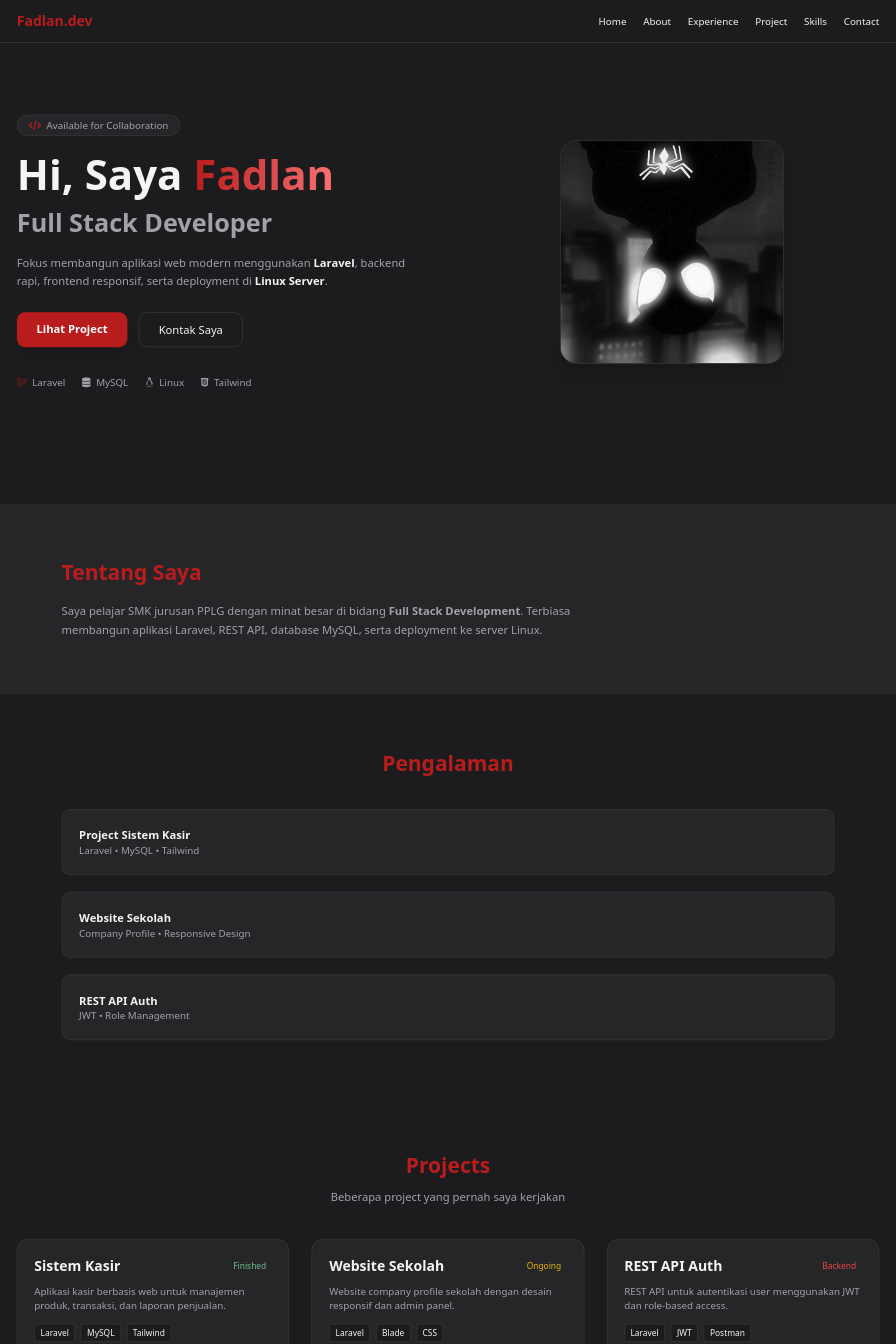
Repository: Fadlan079/Personal-Portfolio
Page: http://localhost/
The author's editor kept a copy of each file at every save. The page is drawn from the files as they stood at one save, then again after the next save.
The browser window is 1280 px wide. The pictures show the part of the page from y = 0 to 1920 px (the page is 3740 px tall), at 70% of full size.
Some web libraries are served in a nearby version. The page is served by the project's Laravel application, run on PHP 8.4 with Laravel 12. Other server files are loaded and not shown.

Above is the page before, as saved 2026-01-14 14:41:24.

### routes/web.php
<?php

use Illuminate\Support\Facades\Route;

// Route::get('/', function () {
//     return view('welcome');
// });

Route::get('/', function () {
    return view('portofolio');
});

Route::get('/project', function () {
    return view('project');
});

### resources/views/portofolio.blade.php
<!DOCTYPE html>
<html lang="id">
<head>
  <meta charset="UTF-8" />
  <meta name="viewport" content="width=device-width, initial-scale=1.0" />
  <title>Portfolio | Fadlan</title>

  <!-- Tailwind -->
  <script src="https://cdn.tailwindcss.com"></script>

  <!-- Font Awesome -->
  <link rel="stylesheet" href="https://cdnjs.cloudflare.com/ajax/libs/font-awesome/6.5.1/css/all.min.css"/>

  <script>
    tailwind.config = {
      theme: {
        extend: {
          colors: {
            bg: 'var(--color-bg)',
            surface: 'var(--color-surface)',
            border: 'var(--color-border)',
            text: 'var(--color-text)',
            muted: 'var(--color-muted)',
            primary: 'var(--color-primary)',
            success: 'var(--color-success)',
            danger: 'var(--color-danger)',
            warning: 'var(--color-warning)',
          }
        }
      }
    }
  </script>

  <style>
    :root {
      --color-bg: #1c1c1e;
      --color-surface: #262629;
      --color-border: #3a3a3d;
      --color-text: #f4f4f5;
      --color-muted: #a1a1aa;
      --color-primary: #b91c1c;
      --color-success: #6fbf8f;
      --color-danger:  #ef4444;
      --color-warning: #eab308;
    }

    html {
      scroll-behavior: smooth;
    }
  </style>
</head>

<body class="bg-bg text-text">

<!-- Navbar -->
<nav class="fixed w-full bg-bg/80 backdrop-blur border-b border-border z-50">
  <div class="max-w-7xl mx-auto px-6 py-4 flex justify-between items-center">
    <h1 class="text-xl font-bold text-primary">Fadlan.dev</h1>
    <ul class="flex gap-6 text-sm">
      <li class="relative group">
        <a href="#home">Home</a>
        <span class="absolute left-0 -bottom-1 h-[2px] w-0 bg-primary transition-all group-hover:w-full"></span>
      </li>
      <li class="relative group">
        <a href="#about">About</a>
        <span class="absolute left-0 -bottom-1 h-[2px] w-0 bg-primary transition-all group-hover:w-full"></span>
      </li>
      <li class="relative group">
        <a href="#experience">Experience</a>
        <span class="absolute left-0 -bottom-1 h-[2px] w-0 bg-primary transition-all group-hover:w-full"></span>
      </li>
        <li class="relative group">
        <a href="#projects">Project</a>
        <span class="absolute left-0 -bottom-1 h-[2px] w-0 bg-primary transition-all group-hover:w-full"></span>
      </li>
      <li class="relative group">
        <a href="#skills">Skills</a>
        <span class="absolute left-0 -bottom-1 h-[2px] w-0 bg-primary transition-all group-hover:w-full"></span>
      </li>
      <li class="relative group">
        <a href="#contact">Contact</a>
        <span class="absolute left-0 -bottom-1 h-[2px] w-0 bg-primary transition-all group-hover:w-full"></span>
      </li>
    </ul>
  </div>
</nav>

<!-- Hero -->
<section
  id="home"
  class="relative min-h-screen flex items-center px-6 overflow-hidden"
>
<!-- Glow Background -->
<div class="absolute inset-0 -z-10 overflow-hidden">
  <!-- Left Top Glow -->
  <div
    class="absolute -top-32 -left-32
           w-[420px] h-[420px]
           bg-primary/25
           blur-[140px]
           rounded-full">
  </div>

  <!-- Right Bottom Glow -->
  <div
    class="absolute -bottom-32 -right-32
           w-[500px] h-[500px]
           bg-primary/20
           blur-[160px]
           rounded-full">
  </div>
</div>


  <div class="max-w-7xl mx-auto w-full grid lg:grid-cols-2 gap-12 items-center">

    <!-- LEFT : TEXT -->
    <div class="text-center lg:text-left">
      <!-- Badge -->
      <span
        class="inline-flex items-center gap-2 px-4 py-1 mb-6
               rounded-full border border-border bg-surface
               text-sm text-muted"
      >
        <i class="fa-solid fa-code text-primary"></i>
        Available for Collaboration
      </span>

      <!-- Title -->
      <h2 class="text-4xl md:text-6xl font-extrabold mb-6 leading-tight">
        Hi, Saya
        <span
          class="bg-gradient-to-r from-primary to-red-400
                 bg-clip-text text-transparent"
        >
          Fadlan
        </span>
        <br />
        <span class="text-3xl md:text-4xl text-muted font-semibold">
          Full Stack Developer
        </span>
      </h2>

      <!-- Description -->
      <p class="text-muted max-w-xl mb-8 leading-relaxed">
        Fokus membangun aplikasi web modern menggunakan
        <strong class="text-text">Laravel</strong>,
        backend rapi, frontend responsif,
        serta deployment di
        <strong class="text-text">Linux Server</strong>.
      </p>

      <!-- CTA -->
      <div class="flex gap-4 flex-wrap justify-center lg:justify-start">
        <a
          href="#projects"
          class="px-7 py-3 rounded-xl bg-primary text-white font-semibold
                 hover:opacity-90 transition shadow-lg shadow-primary/30"
        >
          Lihat Project
        </a>

        <a
          href="#contact"
          class="px-7 py-3 rounded-xl border border-border
                 hover:border-primary hover:text-primary transition"
        >
          Kontak Saya
        </a>
      </div>

      <!-- Tech Stack -->
      <div class="mt-10 flex gap-6 text-muted text-sm flex-wrap
                  justify-center lg:justify-start">
        <span class="flex items-center gap-2">
          <i class="fa-brands fa-laravel text-primary"></i> Laravel
        </span>
        <span class="flex items-center gap-2">
          <i class="fa-solid fa-database"></i> MySQL
        </span>
        <span class="flex items-center gap-2">
          <i class="fa-brands fa-linux"></i> Linux
        </span>
        <span class="flex items-center gap-2">
          <i class="fa-brands fa-html5"></i> Tailwind
        </span>
      </div>
    </div>

    <!-- RIGHT : PHOTO -->
    <div class="relative flex justify-center">
      <!-- Glow -->
      <div
        class="absolute -inset-4 rounded-full
               bg-primary/30 blur-3xl"
      ></div>

      <!-- Frame -->
      <div
        class="relative w-72 h-72 md:w-80 md:h-80
               rounded-3xl overflow-hidden
               border border-border
               bg-surface shadow-xl"
      >
        <!-- GANTI src FOTO -->
        <img
          src="profil.jpg"
          alt="Fadlan"
          class="w-full h-full object-cover"
        />
      </div>
    </div>

  </div>
</section>


<!-- About -->
<section id="about" class="py-20 bg-surface">
  <div class="max-w-6xl mx-auto px-6">
    <h3 class="text-3xl font-bold mb-6 text-primary">Tentang Saya</h3>
    <p class="text-muted leading-relaxed max-w-3xl">
      Saya pelajar SMK jurusan PPLG dengan minat besar di bidang
      <strong>Full Stack Development</strong>. Terbiasa membangun aplikasi
      Laravel, REST API, database MySQL, serta deployment ke server Linux.
    </p>
  </div>
</section>

<!-- Experience -->
<section id="experience" class="py-20">
  <div class="max-w-6xl mx-auto px-6">
    <h3 class="text-3xl font-bold mb-12 text-primary text-center">Pengalaman</h3>
    <div class="space-y-6">
      <div class="bg-surface border border-border rounded-xl p-6">
        <h4 class="font-semibold">Project Sistem Kasir</h4>
        <p class="text-muted text-sm">Laravel • MySQL • Tailwind</p>
      </div>
      <div class="bg-surface border border-border rounded-xl p-6">
        <h4 class="font-semibold">Website Sekolah</h4>
        <p class="text-muted text-sm">Company Profile • Responsive Design</p>
      </div>
      <div class="bg-surface border border-border rounded-xl p-6">
        <h4 class="font-semibold">REST API Auth</h4>
        <p class="text-muted text-sm">JWT • Role Management</p>
      </div>
    </div>
  </div>
</section>

<!-- Projects -->
<section id="projects" class="py-20 bg-bg">
  <div class="max-w-7xl mx-auto px-6">
    <h3 class="text-3xl font-bold text-center mb-4 text-primary">Projects</h3>
    <p class="text-muted text-center mb-12">
      Beberapa project yang pernah saya kerjakan
    </p>

    <div class="grid md:grid-cols-3 gap-8">

      <!-- Project Card -->
      <div class="bg-surface border border-border rounded-2xl p-6 hover:-translate-y-2 transition">
        <div class="flex justify-between items-center mb-3">
          <h4 class="text-xl font-semibold">Sistem Kasir</h4>
          <span class="text-xs px-2 py-1 rounded bg-success/20 text-success">
            Finished
          </span>
        </div>

        <p class="text-muted text-sm mb-4">
          Aplikasi kasir berbasis web untuk manajemen produk, transaksi,
          dan laporan penjualan.
        </p>

        <!-- Tech Stack -->
        <div class="flex flex-wrap gap-2 text-xs mb-4">
          <span class="px-2 py-1 bg-bg border border-border rounded">Laravel</span>
          <span class="px-2 py-1 bg-bg border border-border rounded">MySQL</span>
          <span class="px-2 py-1 bg-bg border border-border rounded">Tailwind</span>
        </div>

        <!-- Action -->
        <a href="#" class="text-primary text-sm font-semibold hover:underline">
          Lihat Detail →
        </a>
      </div>

      <!-- Project Card -->
      <div class="bg-surface border border-border rounded-2xl p-6 hover:-translate-y-2 transition">
        <div class="flex justify-between items-center mb-3">
          <h4 class="text-xl font-semibold">Website Sekolah</h4>
          <span class="text-xs px-2 py-1 rounded bg-warning/20 text-warning">
            Ongoing
          </span>
        </div>

        <p class="text-muted text-sm mb-4">
          Website company profile sekolah dengan desain responsif
          dan admin panel.
        </p>

        <div class="flex flex-wrap gap-2 text-xs mb-4">
          <span class="px-2 py-1 bg-bg border border-border rounded">Laravel</span>
          <span class="px-2 py-1 bg-bg border border-border rounded">Blade</span>
          <span class="px-2 py-1 bg-bg border border-border rounded">CSS</span>
        </div>

        <a href="#" class="text-primary text-sm font-semibold hover:underline">
          Lihat Detail →
        </a>
      </div>

      <!-- Project Card -->
      <div class="bg-surface border border-border rounded-2xl p-6 hover:-translate-y-2 transition">
        <div class="flex justify-between items-center mb-3">
          <h4 class="text-xl font-semibold">REST API Auth</h4>
          <span class="text-xs px-2 py-1 rounded bg-danger/20 text-danger">
            Backend
          </span>
        </div>

        <p class="text-muted text-sm mb-4">
          REST API untuk autentikasi user menggunakan JWT
          dan role-based access.
        </p>

        <div class="flex flex-wrap gap-2 text-xs mb-4">
          <span class="px-2 py-1 bg-bg border border-border rounded">Laravel</span>
          <span class="px-2 py-1 bg-bg border border-border rounded">JWT</span>
          <span class="px-2 py-1 bg-bg border border-border rounded">Postman</span>
        </div>

        <a href="#" class="text-primary text-sm font-semibold hover:underline">
          Lihat Detail →
        </a>
      </div>

    </div>
    <!-- Button Lihat Project Lengkap -->
    <div class="mt-16 flex justify-center">
    <a
        href="project"
        class="px-8 py-3 rounded-2xl
            bg-primary text-white font-semibold
            hover:bg-primary/90 transition
            shadow-lg shadow-primary/20"
    >
        Lihat Project Lebih Lengkap →
    </a>
    </div>

  </div>
</section>


<!-- Skills -->
<section id="skills" class="py-20 bg-surface">
  <div class="max-w-6xl mx-auto px-6">
    <h3 class="text-3xl font-bold mb-12 text-primary text-center">Skills & Bahasa</h3>

    <div class="grid md:grid-cols-3 gap-6 text-center">
      <div class="bg-bg border border-border rounded-xl p-6">
        <i class="fa-brands fa-laravel text-4xl text-primary mb-3"></i>
        <h4 class="font-semibold">Laravel</h4>
      </div>
      <div class="bg-bg border border-border rounded-xl p-6">
        <i class="fa-solid fa-database text-4xl text-primary mb-3"></i>
        <h4 class="font-semibold">MySQL</h4>
      </div>
      <div class="bg-bg border border-border rounded-xl p-6">
        <i class="fa-brands fa-linux text-4xl text-primary mb-3"></i>
        <h4 class="font-semibold">Linux Server</h4>
      </div>
      <div class="bg-bg border border-border rounded-xl p-6">
        <i class="fa-brands fa-html5 text-4xl text-warning mb-3"></i>
        <h4 class="font-semibold">HTML</h4>
      </div>
      <div class="bg-bg border border-border rounded-xl p-6">
        <i class="fa-brands fa-css3-alt text-4xl text-warning mb-3"></i>
        <h4 class="font-semibold">CSS / Tailwind</h4>
      </div>
      <div class="bg-bg border border-border rounded-xl p-6">
        <i class="fa-brands fa-js text-4xl text-warning mb-3"></i>
        <h4 class="font-semibold">JavaScript</h4>
      </div>
    </div>
  </div>
</section>

<!-- Contact -->
<section id="contact" class="py-24 bg-bg">
  <div class="max-w-5xl mx-auto px-6">

    <!-- Heading -->
    <div class="text-center mb-14">
      <h3 class="text-4xl font-extrabold mb-3">
        Kontak <span class="text-primary">Saya</span>
      </h3>
      <p class="text-muted max-w-2xl mx-auto">
        Tertarik kerja sama, project freelance, atau diskusi seputar web & Laravel?
        Hubungi saya melalui platform di bawah ini.
      </p>
    </div>

    <!-- Contact Cards -->
    <div class="grid sm:grid-cols-2 gap-6">

      <!-- Email -->
      <a href="mailto:fadlanfirdaus220@gmail.com"
         class="group bg-surface border border-border rounded-2xl p-6
                flex items-center gap-5
                hover:border-primary hover:-translate-y-1 transition">
        <div class="w-14 h-14 rounded-xl flex items-center justify-center
                    bg-primary/20 text-primary text-xl">
          <i class="fa-solid fa-envelope"></i>
        </div>
        <div>
          <p class="text-sm text-muted">Email</p>
          <p class="font-semibold group-hover:text-primary transition">
            fadlanfirdaus220@gmail.com
          </p>
        </div>
      </a>

      <!-- GitHub -->
      <a href="https://github.com/Fadlan079" target="_blank"
         class="group bg-surface border border-border rounded-2xl p-6
                flex items-center gap-5
                hover:border-primary hover:-translate-y-1 transition">
        <div class="w-14 h-14 rounded-xl flex items-center justify-center
                    bg-primary/20 text-primary text-xl">
          <i class="fa-brands fa-github"></i>
        </div>
        <div>
          <p class="text-sm text-muted">GitHub</p>
          <p class="font-semibold group-hover:text-primary transition">
            github.com/Fadlan079
          </p>
        </div>
      </a>

      <!-- Phone -->
      <a href="tel:082210732928"
         class="group bg-surface border border-border rounded-2xl p-6
                flex items-center gap-5
                hover:border-primary hover:-translate-y-1 transition">
        <div class="w-14 h-14 rounded-xl flex items-center justify-center
                    bg-primary/20 text-primary text-xl">
          <i class="fa-solid fa-phone"></i>
        </div>
        <div>
          <p class="text-sm text-muted">WhatsApp / Phone</p>
          <p class="font-semibold group-hover:text-primary transition">
            0822-1073-2928
          </p>
        </div>
      </a>

      <!-- Instagram -->
      <a href="https://instagram.com/fdln007" target="_blank"
         class="group bg-surface border border-border rounded-2xl p-6
                flex items-center gap-5
                hover:border-primary hover:-translate-y-1 transition">
        <div class="w-14 h-14 rounded-xl flex items-center justify-center
                    bg-primary/20 text-primary text-xl">
          <i class="fa-brands fa-instagram"></i>
        </div>
        <div>
          <p class="text-sm text-muted">Instagram</p>
          <p class="font-semibold group-hover:text-primary transition">
            @fdln007
          </p>
        </div>
      </a>

    </div>

    <!-- CTA -->
    <div class="text-center mt-16">
      <p class="text-muted mb-4">
        Siap berkolaborasi dan membangun aplikasi bersama?
      </p>
      <a href="mailto:fadlanfirdaus220@gmail.com"
         class="inline-block px-8 py-3 bg-primary text-white
                rounded-2xl font-semibold
                hover:opacity-90 transition shadow-lg shadow-primary/30">
        Hubungi Sekarang
      </a>
    </div>

  </div>
</section>


<!-- Footer -->
<footer class="relative border-t border-border bg-bg">
  <!-- Glow -->
  <div class="absolute inset-0 -z-10">
    <div class="absolute bottom-0 left-1/2 -translate-x-1/2
                w-[400px] h-[400px]
                bg-primary/20 blur-[120px] rounded-full"></div>
  </div>

  <div class="max-w-7xl mx-auto px-6 py-14 grid gap-10 md:grid-cols-3">

    <!-- Brand -->
    <div>
      <h3 class="text-xl font-bold text-primary mb-3">Fadlan.dev</h3>
      <p class="text-muted leading-relaxed">
        Full Stack Developer yang fokus pada pengembangan
        aplikasi web modern menggunakan Laravel,
        frontend responsif, dan backend yang scalable.
      </p>
    </div>

    <!-- Quick Links -->
    <div>
      <h4 class="font-semibold mb-4 text-text">Quick Links</h4>
      <ul class="space-y-2 text-muted text-sm">
        <li>
          <a href="#home" class="hover:text-primary transition">Home</a>
        </li>
        <li>
          <a href="#projects" class="hover:text-primary transition">Projects</a>
        </li>
        <li>
          <a href="#contact" class="hover:text-primary transition">Contact</a>
        </li>
      </ul>
    </div>

    <!-- Social -->
    <div>
      <h4 class="font-semibold mb-4 text-text">Connect</h4>
      <div class="flex gap-4">
        <a href="https://github.com/Fadlan079" target="_blank"
           class="w-10 h-10 rounded-xl border border-border
                  flex items-center justify-center
                  text-muted hover:text-primary hover:border-primary
                  transition">
          <i class="fa-brands fa-github"></i>
        </a>
        <a href="https://instagram.com/fdln007" target="_blank"
           class="w-10 h-10 rounded-xl border border-border
                  flex items-center justify-center
                  text-muted hover:text-primary hover:border-primary
                  transition">
          <i class="fa-brands fa-instagram"></i>
        </a>
        <a href="mailto:fadlanfirdaus220@gmail.com"
           class="w-10 h-10 rounded-xl border border-border
                  flex items-center justify-center
                  text-muted hover:text-primary hover:border-primary
                  transition">
          <i class="fa-solid fa-envelope"></i>
        </a>
      </div>
    </div>

  </div>

  <!-- Bottom -->
  <div class="border-t border-border text-center py-4 text-muted text-sm">
    © 2026 <span class="text-text font-semibold">Fadlan Firdaus</span>.
    Built with <span class="text-primary">Laravel</span> & Tailwind CSS.
  </div>
</footer>


</body>
</html>

After the next save:
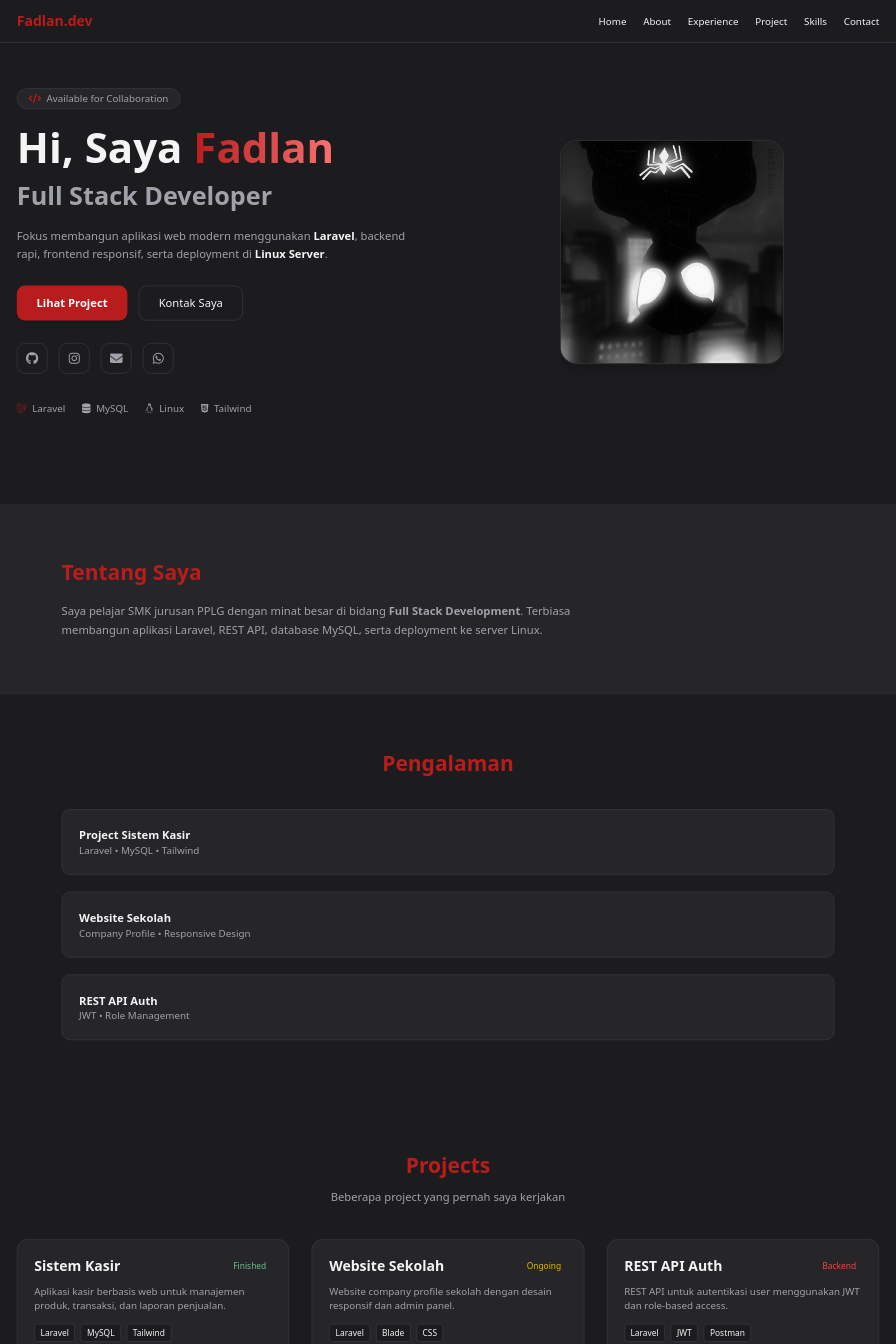
Saved 58 s later.
--- a/resources/views/portofolio.blade.php
+++ b/resources/views/portofolio.blade.php
@@ -169,6 +169,50 @@
         </a>
       </div>
 
+      <!-- Social Media -->
+<div class="mt-8 flex gap-4 justify-center lg:justify-start">
+  <!-- GitHub -->
+  <a href="https://github.com/Fadlan079" target="_blank"
+     class="w-11 h-11 rounded-xl border border-border
+            flex items-center justify-center
+            text-muted hover:text-primary hover:border-primary
+            hover:shadow-lg hover:shadow-primary/30
+            transition">
+    <i class="fa-brands fa-github text-lg"></i>
+  </a>
+
+  <!-- Instagram -->
+  <a href="https://instagram.com/fdln007" target="_blank"
+     class="w-11 h-11 rounded-xl border border-border
+            flex items-center justify-center
+            text-muted hover:text-primary hover:border-primary
+            hover:shadow-lg hover:shadow-primary/30
+            transition">
+    <i class="fa-brands fa-instagram text-lg"></i>
+  </a>
+
+  <!-- Email -->
+  <a href="mailto:fadlanfirdaus220@gmail.com"
+     class="w-11 h-11 rounded-xl border border-border
+            flex items-center justify-center
+            text-muted hover:text-primary hover:border-primary
+            hover:shadow-lg hover:shadow-primary/30
+            transition">
+    <i class="fa-solid fa-envelope text-lg"></i>
+  </a>
+
+  <!-- WhatsApp -->
+  <a href="https://wa.me/6282210732928" target="_blank"
+     class="w-11 h-11 rounded-xl border border-border
+            flex items-center justify-center
+            text-muted hover:text-primary hover:border-primary
+            hover:shadow-lg hover:shadow-primary/30
+            transition">
+    <i class="fa-brands fa-whatsapp text-lg"></i>
+  </a>
+</div>
+
+
       <!-- Tech Stack -->
       <div class="mt-10 flex gap-6 text-muted text-sm flex-wrap
                   justify-center lg:justify-start">
